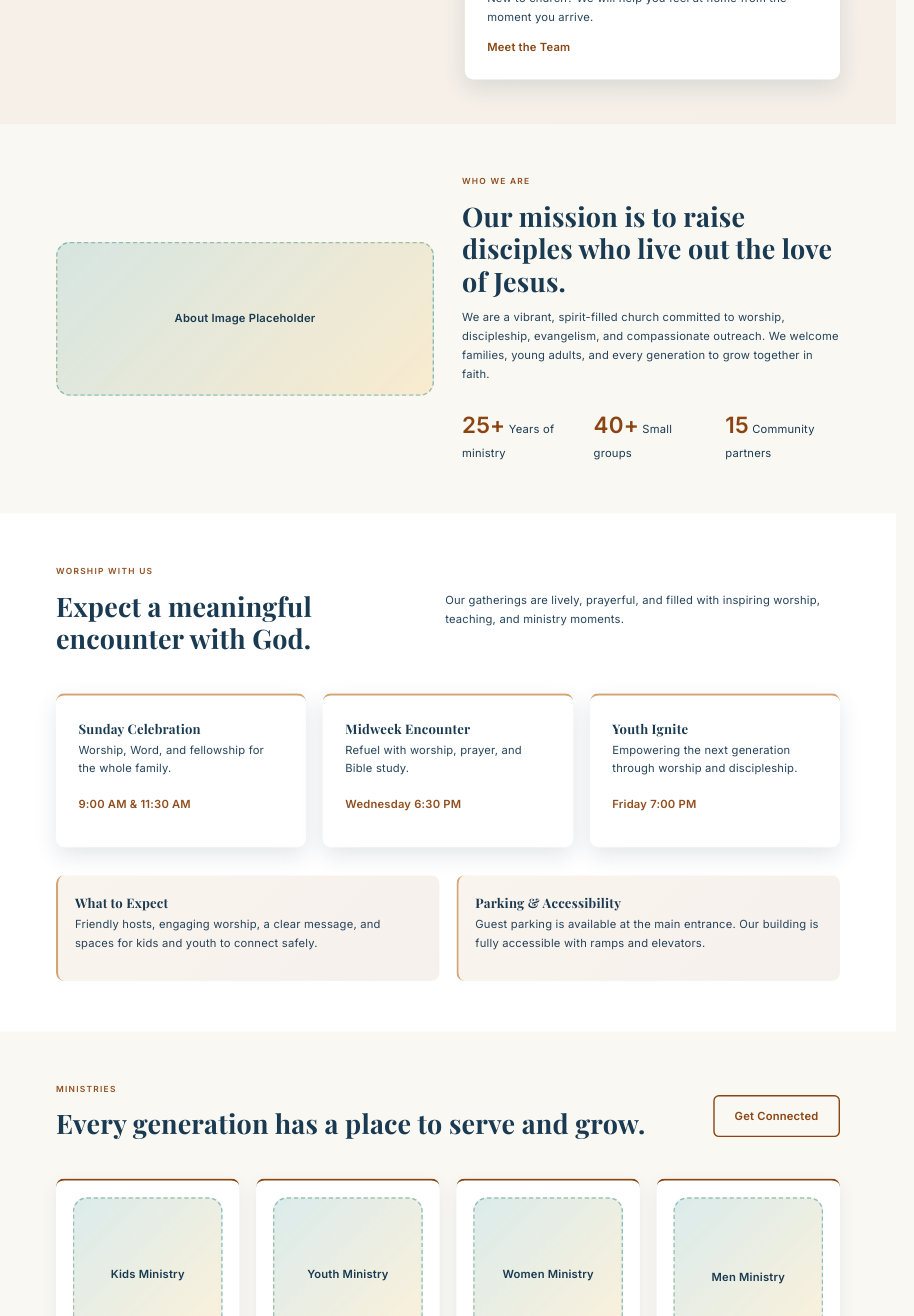
Repository: bilaal441/church
Page: index.htm
These files come from the project's save history. The page is drawn as it stood at one moment and after the next save; the edit follows.
The browser window is 1280 px wide. The page is 1306 px wide, so the pictures cover 1306 px, including what lies to the right of the window. The pictures show the part of the page from y = 1448 to 3328 px (the page is 6457 px tall before and 6854 px after), at 70% of full size.

Above is the page before, as saved 2026-01-19 22:13:09.

### index.htm
<!doctype html>
<html lang="en">
  <head>
    <meta charset="UTF-8" />
    <meta name="viewport" content="width=device-width, initial-scale=1.0" />
    <title>New Life Evangelistic Ministries Worship Centre</title>
    <meta
      name="description"
      content="A welcoming, Spirit-filled church family in Springfield. Join us for worship, discipleship, and community outreach."
    />
    <link rel="stylesheet" href="style.css" />
    <link rel="preconnect" href="https://fonts.googleapis.com" />
    <link rel="preconnect" href="https://fonts.gstatic.com" crossorigin />
    <link
      href="https://fonts.googleapis.com/css2?family=Playfair+Display:wght@400;600;700&family=Inter:wght@400;500;600&display=swap"
      rel="stylesheet"
    />
  </head>
  <body>
    <a class="skip-link" href="#main">Skip to main content</a>
    <header class="site-header">
      <div class="container header-content">
        <div class="logo">
          <img src="logo.png" alt="New Life Evangelistic Ministries" class="logo-image" />
          <div>
            <p class="logo-title">New Life Evangelistic Ministries</p>
            <p class="logo-subtitle">Worship Centre</p>
          </div>
        </div>
        <button
          class="nav-toggle"
          aria-expanded="false"
          aria-controls="site-nav"
        >
          <span></span>
          <span></span>
          <span></span>
        </button>
        <nav id="site-nav" class="site-nav">
          <a href="#about">About</a>
          <a href="#worship">Worship</a>
          <a href="#ministries">Ministries</a>
          <a href="#events">Events</a>
          <a href="#giving">Giving</a>
          <a href="#contact" class="button">Visit Us</a>
        </nav>
      </div>
    </header>

    <main id="main">
      <section class="hero">
        <div class="container hero-grid">
          <div class="hero-text">
            <p class="eyebrow">A Place to Belong &amp; Grow</p>
            <h1>Experience hope, worship, and community in Christ.</h1>
            <p>
              Join us for vibrant worship, powerful teaching, and a loving
              family that is passionate about reaching the city with the gospel.
            </p>
            <div class="hero-actions">
              <a class="button" href="#worship">Plan Your Visit</a>
              <a class="button button-outline" href="#events"
                >Upcoming Events</a
              >
            </div>
            <div class="hero-details">
              <div>
                <span>Service Times</span>
                <strong>Sunday 9:00 AM &amp; 11:30 AM</strong>
              </div>
              <div>
                <span>Midweek Encounter</span>
                <strong>Wednesday 6:30 PM</strong>
              </div>
            </div>
            <div class="hero-note">
              <span>Livestream available</span>
              <a href="#contact">Watch Online</a>
            </div>
          </div>
          <div class="hero-visual">
            <img src="pastor.jpg" alt="Pastor" class="hero-image" />
            <div class="hero-card">
              <h3>Welcome Home</h3>
              <p>
                New to church? We will help you feel at home from the moment you
                arrive.
              </p>
              <a href="#contact">Meet the Team</a>
            </div>
          </div>
        </div>
      </section>

      <section id="about" class="section">
        <div class="container split">
          <div class="image-placeholder">About Image Placeholder</div>
          <div>
            <p class="eyebrow">Who We Are</p>
            <h2>
              Our mission is to raise disciples who live out the love of Jesus.
            </h2>
            <p>
              We are a vibrant, spirit-filled church committed to worship,
              discipleship, evangelism, and compassionate outreach. We welcome
              families, young adults, and every generation to grow together in
              faith.
            </p>
            <div class="stats">
              <div>
                <strong>25+</strong>
                <span>Years of ministry</span>
              </div>
              <div>
                <strong>40+</strong>
                <span>Small groups</span>
              </div>
              <div>
                <strong>15</strong>
                <span>Community partners</span>
              </div>
            </div>
          </div>
        </div>
      </section>

      <section id="worship" class="section section-alt">
        <div class="container">
          <div class="section-header">
            <div>
              <p class="eyebrow">Worship With Us</p>
              <h2>Expect a meaningful encounter with God.</h2>
            </div>
            <p>
              Our gatherings are lively, prayerful, and filled with inspiring
              worship, teaching, and ministry moments.
            </p>
          </div>
          <div class="cards">
            <article class="card">
              <h3>Sunday Celebration</h3>
              <p>Worship, Word, and fellowship for the whole family.</p>
              <p class="card-meta">9:00 AM &amp; 11:30 AM</p>
            </article>
            <article class="card">
              <h3>Midweek Encounter</h3>
              <p>Refuel with worship, prayer, and Bible study.</p>
              <p class="card-meta">Wednesday 6:30 PM</p>
            </article>
            <article class="card">
              <h3>Youth Ignite</h3>
              <p>
                Empowering the next generation through worship and discipleship.
              </p>
              <p class="card-meta">Friday 7:00 PM</p>
            </article>
          </div>
          <div class="worship-highlight">
            <div>
              <h3>What to Expect</h3>
              <p>
                Friendly hosts, engaging worship, a clear message, and spaces
                for kids and youth to connect safely.
              </p>
            </div>
            <div>
              <h3>Parking &amp; Accessibility</h3>
              <p>
                Guest parking is available at the main entrance. Our building is
                fully accessible with ramps and elevators.
              </p>
            </div>
          </div>
        </div>
      </section>

      <section id="ministries" class="section">
        <div class="container">
          <div class="section-header">
            <div>
              <p class="eyebrow">Ministries</p>
              <h2>Every generation has a place to serve and grow.</h2>
            </div>
            <a class="button button-outline" href="#contact">Get Connected</a>
          </div>
          <div class="ministry-grid">
            <div class="ministry-card">
              <div class="image-placeholder">Kids Ministry</div>
              <h3>Kids Life</h3>
              <p>Fun, safe, and faith-building experiences for children.</p>
            </div>
            <div class="ministry-card">
              <div class="image-placeholder">Youth Ministry</div>
              <h3>NextGen</h3>
              <p>Mentoring and empowering teens to lead with conviction.</p>
            </div>
            <div class="ministry-card">
              <div class="image-placeholder">Women Ministry</div>
              <h3>Women of Grace</h3>
              <p>Gathering women to worship, serve, and build community.</p>
            </div>
            <div class="ministry-card">
              <div class="image-placeholder">Men Ministry</div>
              <h3>Men of Valor</h3>
              <p>Equipping men to live out their faith with courage.</p>
            </div>
            <div class="ministry-card">
              <div class="image-placeholder">Music Ministry</div>
              <h3>Creative Arts</h3>
              <p>
                Worship, media, and production teams creating meaningful
                moments.
              </p>
            </div>
            <div class="ministry-card">
              <div class="image-placeholder">Care Ministry</div>
              <h3>Care &amp; Outreach</h3>
              <p>
                Supporting families, counseling, and community care initiatives.
              </p>
            </div>
          </div>
        </div>
      </section>

      <section id="events" class="section section-alt">
        <div class="container">
          <div class="section-header">
            <div>
              <p class="eyebrow">Upcoming Events</p>
              <h2>There is always something happening at New Life.</h2>
            </div>
            <a class="button" href="#giving">Support the Mission</a>
          </div>
          <div class="event-list">
            <article>
              <span class="event-date">Mar 21</span>
              <div>
                <h3>Citywide Prayer Night</h3>
                <p>
                  Join churches across the city for a night of prayer and
                  worship.
                </p>
              </div>
              <a href="#contact">Learn More</a>
            </article>
            <article>
              <span class="event-date">Apr 05</span>
              <div>
                <h3>Community Outreach Day</h3>
                <p>Serve families with meals, clothing, and encouragement.</p>
              </div>
              <a href="#contact">Serve With Us</a>
            </article>
            <article>
              <span class="event-date">Apr 19</span>
              <div>
                <h3>Resurrection Celebration</h3>
                <p>
                  A joyful service with worship, testimonies, and family
                  activities.
                </p>
              </div>
              <a href="#contact">Plan Your Visit</a>
            </article>
          </div>
        </div>
      </section>

      <section id="giving" class="section">
        <div class="container giving">
          <div>
            <p class="eyebrow">Giving</p>
            <h2>Your generosity fuels life-changing ministry.</h2>
            <p>
              Every gift helps us reach more people with the gospel, support
              families in need, and raise leaders for the future.
            </p>
            <div class="giving-actions">
              <a class="button" href="#contact">Give Online</a>
              <a class="button button-outline" href="#contact">Volunteer</a>
            </div>
            <div class="giving-note">
              <strong>Need assistance?</strong>
              <span
                >We can help with giving, prayer requests, or support
                resources.</span
              >
            </div>
          </div>
          <div class="image-placeholder">Giving Image Placeholder</div>
        </div>
      </section>

      <section id="contact" class="section section-alt">
        <div class="container contact">
          <div>
            <p class="eyebrow">Visit Us</p>
            <h2>We would love to meet you this Sunday.</h2>
            <p>
              125 Hope Street, Springfield, ST 12345<br />
              (555) 123-4567 · hello@nlewc.org
            </p>
            <div class="contact-details">
              <div>
                <strong>Office Hours</strong>
                <span>Mon - Fri, 9 AM - 4 PM</span>
              </div>
              <div>
                <strong>Prayer Line</strong>
                <span>Available 24/7</span>
              </div>
              <div>
                <strong>Follow Us</strong>
                <span>Instagram · Facebook · YouTube</span>
              </div>
            </div>
          </div>
          <form class="contact-form">
            <h3>Plan a Visit</h3>
            <label>
              Full Name
              <input type="text" placeholder="Your name" />
            </label>
            <label>
              Email Address
              <input type="email" placeholder="you@example.com" />
            </label>
            <label>
              Message
              <textarea
                rows="4"
                placeholder="Tell us how we can help."
              ></textarea>
            </label>
            <button type="submit" class="button">Send Message</button>
          </form>
        </div>
      </section>
    </main>

    <footer class="site-footer">
      <div class="container footer-grid">
        <div>
          <div class="logo">
            <span class="logo-mark">NLE</span>
            <div>
              <p class="logo-title">New Life Evangelistic Ministries</p>
              <p class="logo-subtitle">Worship Centre</p>
            </div>
          </div>
          <p>
            Building lives, families, and communities through the love of Jesus.
          </p>
        </div>
        <div>
          <h4>Connect</h4>
          <ul>
            <li><a href="#about">About</a></li>
            <li><a href="#worship">Worship</a></li>
            <li><a href="#ministries">Ministries</a></li>
            <li><a href="#events">Events</a></li>
          </ul>
        </div>
        <div>
          <h4>Visit</h4>
          <ul>
            <li>125 Hope Street</li>
            <li>Springfield, ST 12345</li>
            <li>(555) 123-4567</li>
            <li>hello@nlewc.org</li>
          </ul>
        </div>
        <div>
          <h4>Stay Updated</h4>
          <p>Subscribe for prayer points and community updates.</p>
          <div class="subscribe">
            <input type="email" placeholder="Email address" />
            <button class="button">Subscribe</button>
          </div>
        </div>
      </div>
      <div class="footer-bottom">
        <p>
          © 2024 New Life Evangelistic Ministries Worship Centre. All rights
          reserved.
        </p>
      </div>
    </footer>

    <script src="script.js"></script>
  </body>
</html>

Loaded but not shown: script.js (18 lines, source omitted); style.css (595 lines, source omitted)

After the next save:
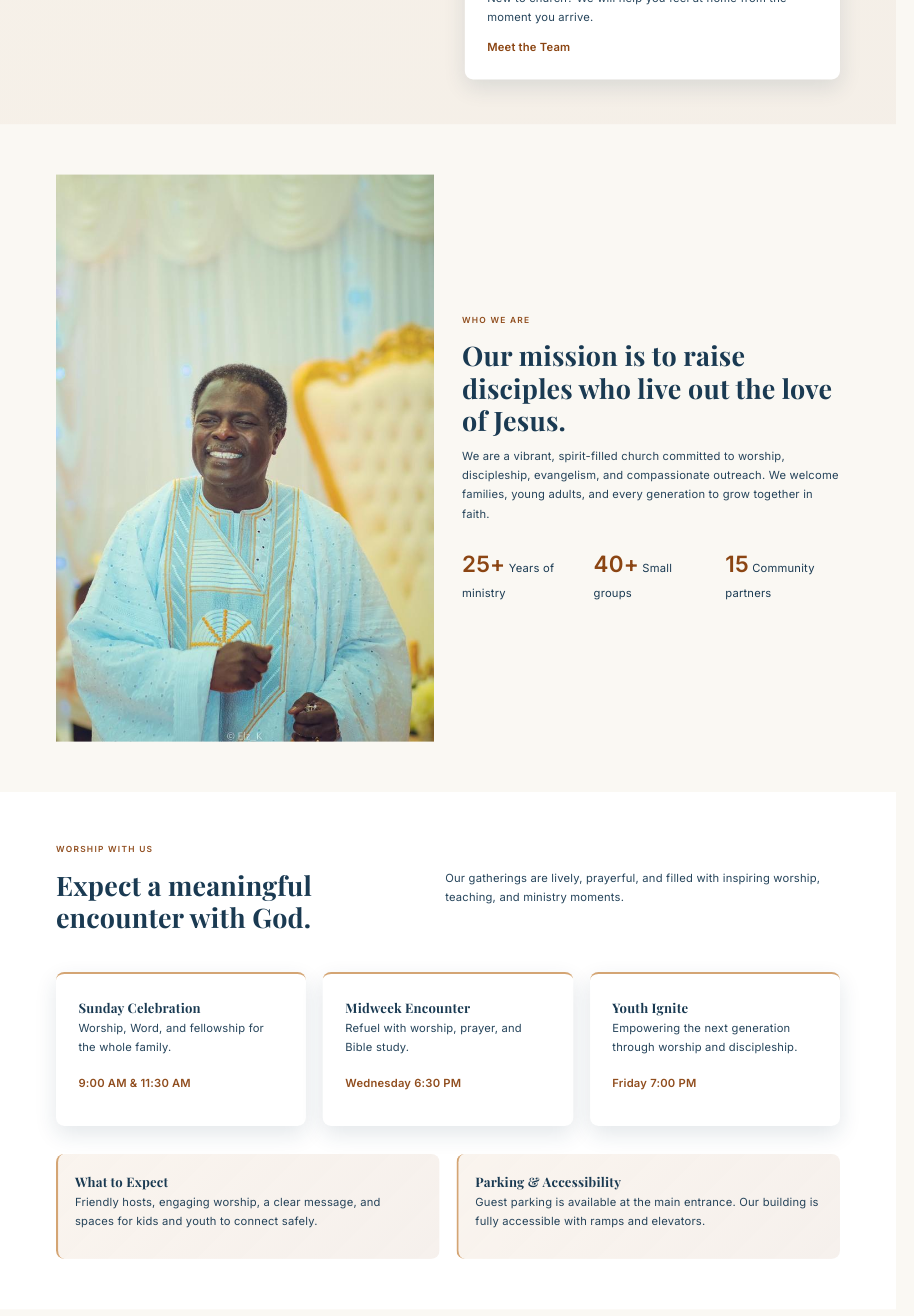
Saved 6 s later.
--- a/index.htm
+++ b/index.htm
@@ -94,7 +94,7 @@
 
       <section id="about" class="section">
         <div class="container split">
-          <div class="image-placeholder">About Image Placeholder</div>
+          <img src="pastor.jpg" alt="Our Pastor" class="section-image" />
           <div>
             <p class="eyebrow">Who We Are</p>
             <h2>
